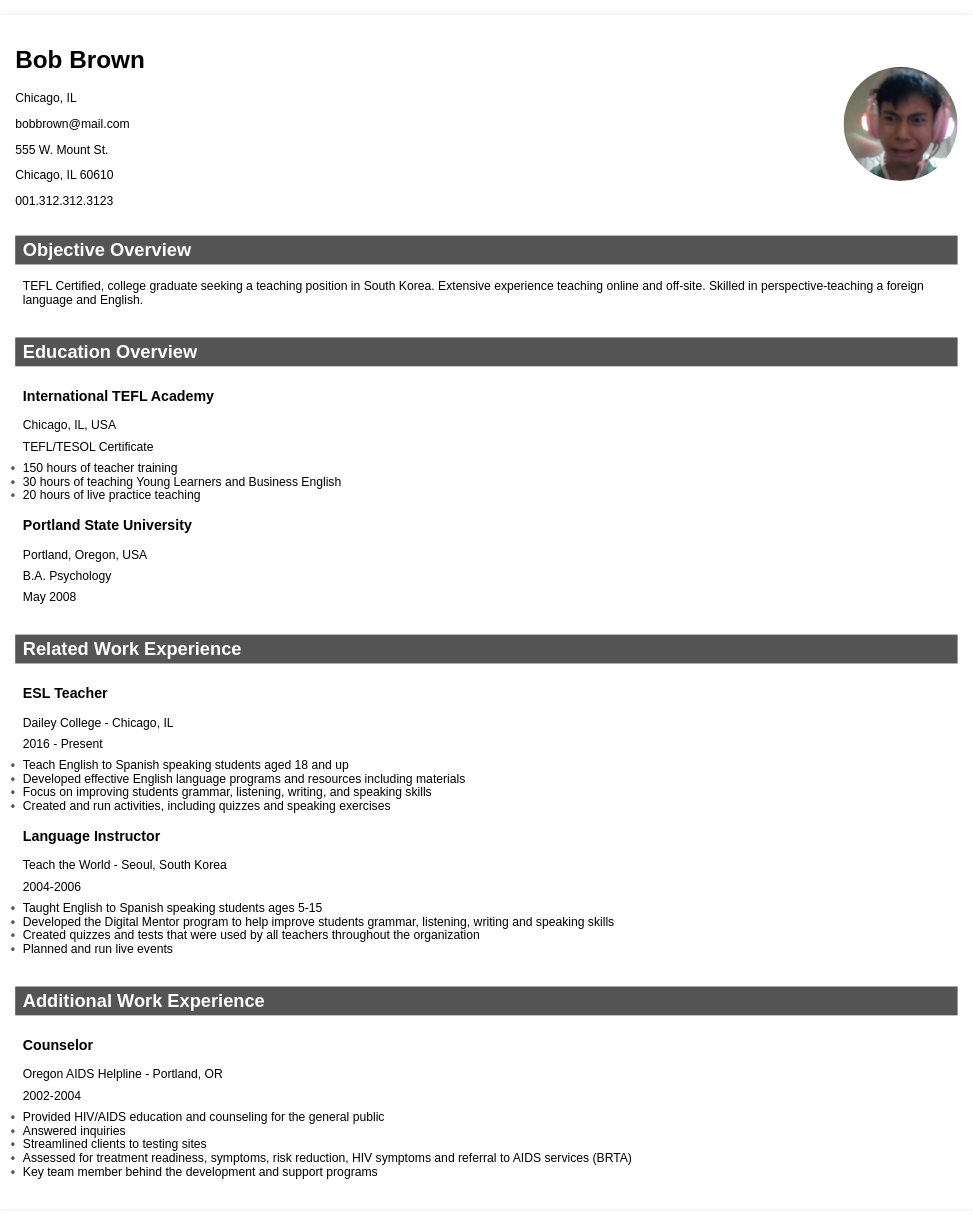
Repository: Gibekkk/WebPro
Page: Tugas Lab 1 (2)/index.html
These files come from the project's save history. The page is drawn as it stood at one moment and after the next save; the edit follows.
The browser window is 1280 px wide. The pictures show the whole page, at 76% of full size.

Above is the page before, as saved 2024-03-25 13:19:11.

After the next save:
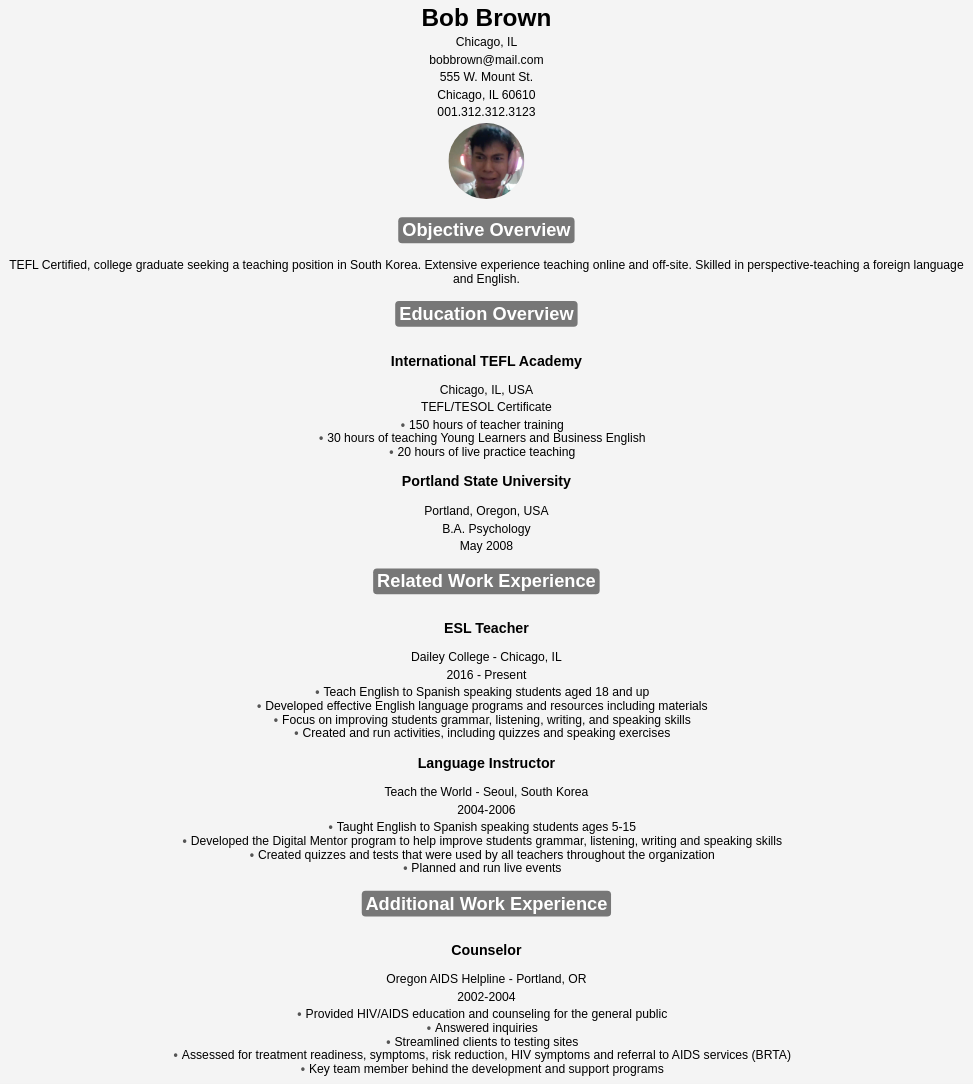
Saved 94 s later.
--- a/Tugas Lab 1 (2)/index.html
+++ b/Tugas Lab 1 (2)/index.html
@@ -11,40 +11,39 @@
     padding: 0;
     background-color: #f4f4f4;
   }
-  body {
-    /* width: 800px; */
-    margin: 20px auto;
-    background-color: #fff;
-    padding: 20px;
-    box-shadow: 0 0 10px rgba(0, 0, 0, 0.1);
-  }
   .header {
     display: flex;
-    justify-content: space-between;
+    justify-content: center;
     align-items: center;
+    flex-direction: column;
   }
   .header img {
-    width: 150px;
-    height: 150px;
+    width: 100px;
+    height: 100px;
     border-radius: 50%;
+    margin-bottom: 10px;
   }
-  .header .contact-info {
-    text-align: right;
+  .header h1, .header p {
+    margin: 5px 0;
+    text-align: center;
   }
   .section {
-    margin-top: 20px;
+    margin-top: 10px;
+    text-align: center;
   }
   .section-title {
-    background-color: #555;
+    background-color: #777;
     color: white;
-    padding: 5px 10px;
-    margin: 0;
+    padding: 3px 5px;
+    margin: 10px auto;
+    width: fit-content;
+    border-radius: 5px;
   }
   .section-content {
-    padding: 10px;
+    padding: 5px;
   }
   .section-content p, .section-content ul {
-    margin: 10px 0;
+    margin: 5px 0;
   }
   .section-content ul {
     list-style-type: none;
